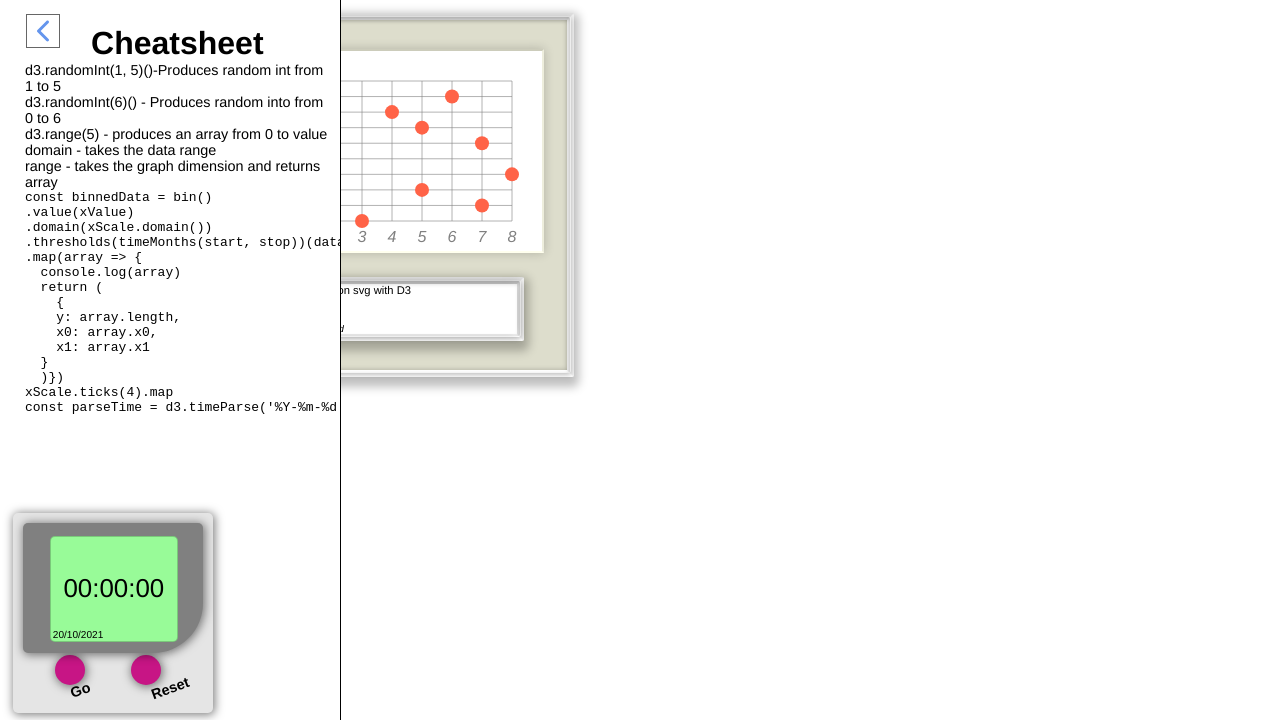
Repository: Lewisjohnward/100-days-of-d3
Page: /
The author's editor kept a copy of each file at every save. The page is drawn from the files as they stood at one save, then again after the next save.
The browser window is 1280 px wide. The pictures show the whole page.
The page's requests for data from a server got no answer. An inner scrolling area shows only its first screen. The project was rebuilt for these pictures with package versions that can differ from the ones it lists, and the page was loaded fresh each time. No one was signed in, and anything a server would have sent is missing. Also part of the build but not shown: src/charts/chart2/useGetData.js, src/charts/chart2/styles.js, src/charts/chart2/Chart.js, src/charts/chart3/useGetData.js, src/charts/chart3/styles.js, src/charts/chart3/Chart.js, src/charts/chart4/useGetData.js, src/charts/chart4/styles.js and 4 more.

Above is the page before, as saved 2021-10-20 15:52:49.

After the next save:
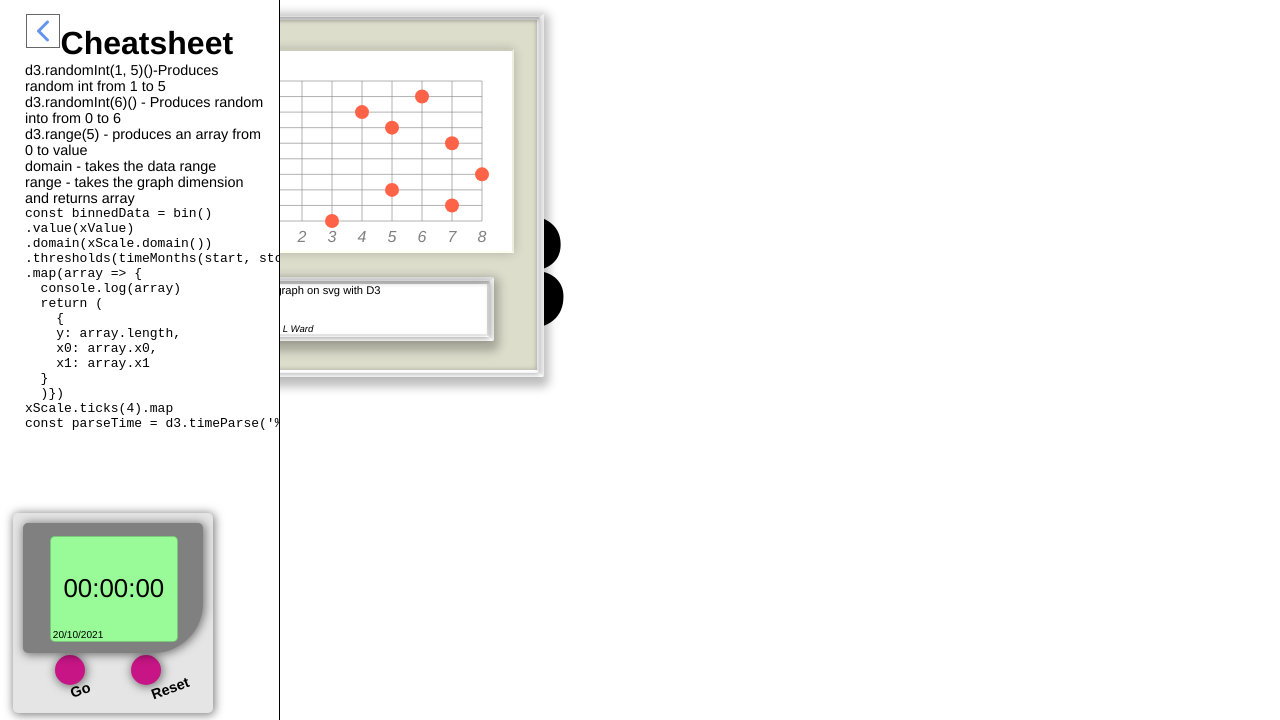
Saved 112 s later.
--- a/src/App.js
+++ b/src/App.js
@@ -12,7 +12,7 @@
 `;
 
 const ChartGrid = styled.div`
-  width: 75%;
+  width: 100%;
   display: grid;
   overflow: scroll;
   grid-template-columns: repeat(3, 400px);

After the save that followed:
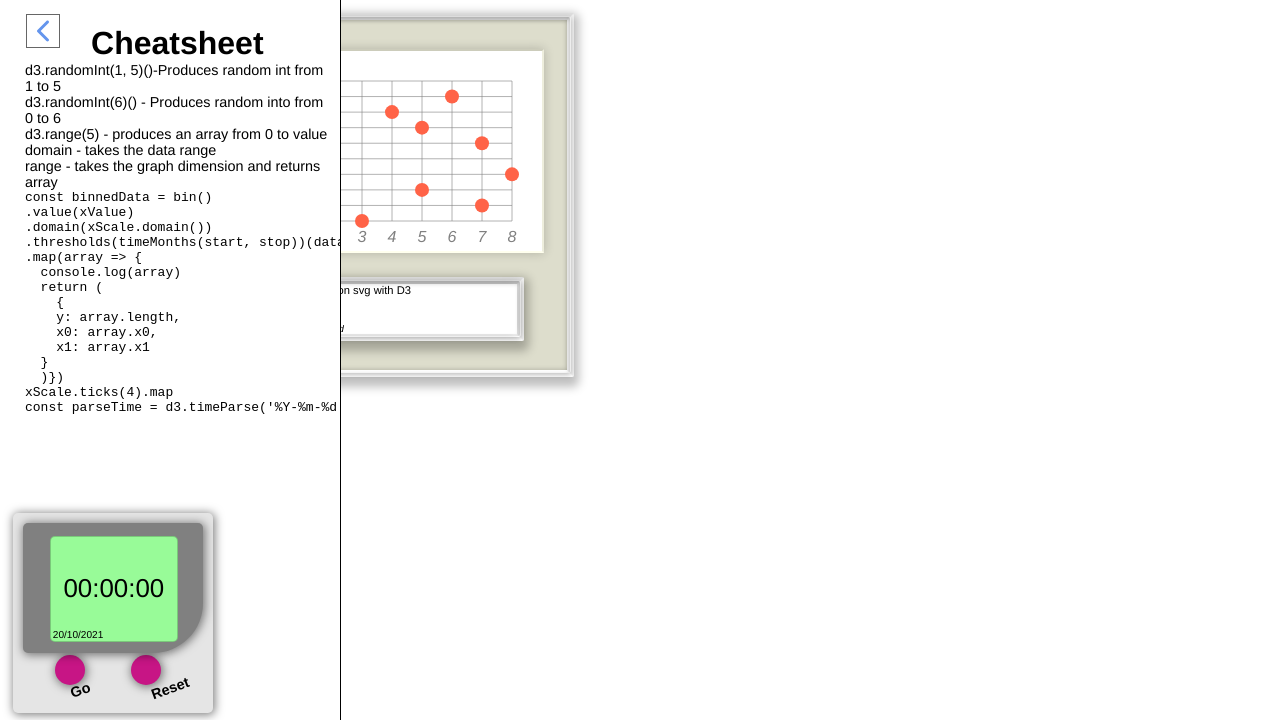
Saved 9 s later.
--- a/src/App.js
+++ b/src/App.js
@@ -12,7 +12,7 @@
 `;
 
 const ChartGrid = styled.div`
-  width: 100%;
+  width: 75%;
   display: grid;
   overflow: scroll;
   grid-template-columns: repeat(3, 400px);
